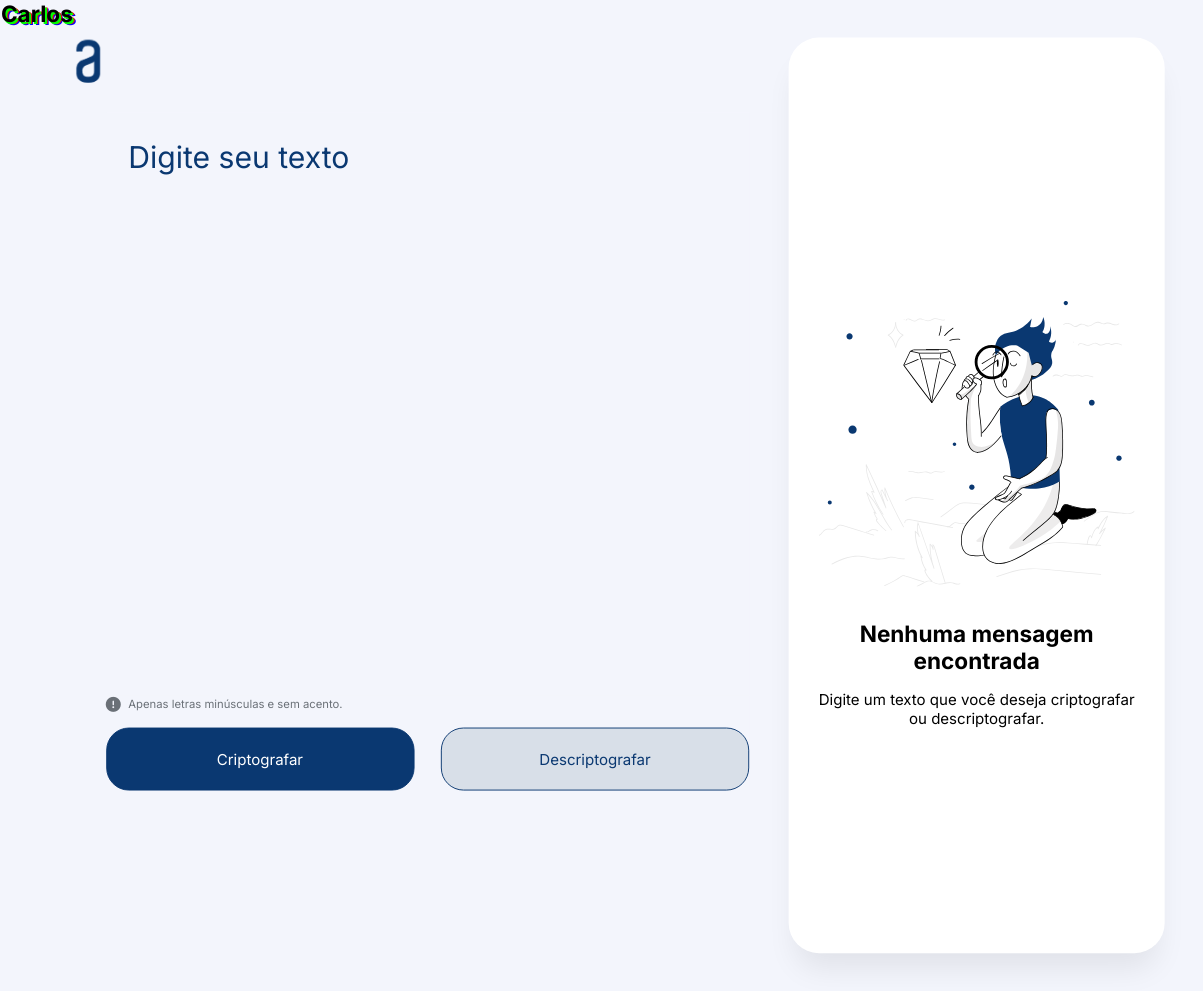
Repository: CarlosEduardoVdeOliveira/descodificador-de-texto
Page: index.html
The author's editor kept a copy of each file at every save. The page is drawn from the files as they stood at one save, then again after the next save.
The browser window is 1280 px wide. The pictures show the whole page, at 94% of full size.

Above is the page before, as saved 2023-04-14 15:03:03.

### index.html
<!DOCTYPE html>
<html lang="en">
<head>
   <meta charset="UTF-8">
   <link rel="preconnect" href="https://fonts.googleapis.com">
   <link rel="preconnect" href="https://fonts.gstatic.com" crossorigin>
   <meta http-equiv="X-UA-Compatible" content="IE=edge">
   <meta name="viewport" content="width=device-width, initial-scale=1.0">
   <link href="https://fonts.googleapis.com/css2?family=Inter:wght@400;700&display=swap" rel="stylesheet">
   <link rel="stylesheet" href="https://cdnjs.cloudflare.com/ajax/libs/font-awesome/6.4.0/css/all.min.css" integrity="sha512-iecdLmaskl7CVkqkXNQ/ZH/XLlvWZOJyj7Yy7tcenmpD1ypASozpmT/E0iPtmFIB46ZmdtAc9eNBvH0H/ZpiBw==" crossorigin="anonymous" referrerpolicy="no-referrer" />
   <link rel="stylesheet" href="/src/styles/reset.css">
   <link rel="stylesheet" href="/src/styles/index.css">
   <link rel="stylesheet" href="/src/styles/tablet.css">
   <link rel="stylesheet" href="/src/styles/mobile.css">
   <link rel="shortcut icon" href="/src/images/imageLogo2.png" type="image/x-icon">
   <title>Decodificador</title>
</head>
<body>
   <section>
      <p id="test">Carlos</p>
      <img src="/src/images/imageLogo2.png"
         alt='logo da Alura'>
      <div class="highlight">
         <textarea placeholder="Digite seu texto" autofocus></textarea>
         <div class="info">
            <span>
               <i class="fa-solid fa-circle-exclamation"></i>
               Apenas letras minúsculas e sem acento.
            </span>
            <div class="info-group-button">
               <button class="button-cryptography">Criptografar</button>
               <button class="button-decryption">Descriptografar</button>
            </div>
         </div>
      </div>
      <div class="text-cryption">
         <img src="/src/images/imageHighLight.svg" alt="">
         <div>
            <h2>Nenhuma mensagem encontrada</h2>
            <p>
               Digite um texto que você deseja criptografar ou descriptografar.
            </p>
         </div>

      </div>
   </section>
   <script src="/src/scripts/index.js"></script>
</body>
</html>

### src/styles/reset.css
:root{
   --light-gray: #D8DFE8;
   --gray-100: #CED4DA;
   --gray-200: #ADB5BD;
   --gray-300: #868E96;
   --gray-400: #495057;
   --gray-500: #343A40;
   --light-blue-100: #F3F5FC;
   --light-blue-200: #EFF1FA;
   --light-blue-300: #E9ECF8;
   --light-blue-400: #AAB2D5;
   --light-blue-500: #757FB2;
   --dark-blue-100: #609ED4;
   --dark-blue-200: #356EA9;
   --dark-blue-300: #0A3871;
   --dark-blue-400: #072B61;
   --dark-blue-500: #052051;
}
*{
   margin: 0;
   padding: 0;
   box-sizing: border-box;
}

html, input, textarea, button{
   background-color: var(--light-blue-100);
   font-family:  'Inter', sans-serif;
   font-size: 1rem;
   -webkit-font-smoothing: antialiased;
   -moz-osx-font-smoothing: grayscale;
}

### src/styles/index.css
body{
   background-color: var(--light-blue-100);
}
img{
   width: 1.943rem;
   height: 3rem;
   margin-top: 2.5rem;
}
section {
   display: flex;
   justify-content: space-around;
   align-items: self-start;
   margin: 0 auto;
}
.highlight{
   display: flex;
   flex-direction: column;
   margin-top: 7.5rem;
}
textarea{
   width: 100%;
   height: calc(100vh - 100px);
   font-size: 32px;
   line-height: 150%;
   background-color: var(--light-blue-100);
   color: var(--dark-blue-300);
   border: none;
   resize: none;
   margin: 0 auto;
   padding: 1.5rem;
}
textarea:focus{
   outline: 0;
}

textarea::placeholder{
   color: var(--dark-blue-300);
}
span{
   display: flex;
   align-items: center;
   font-size: 12px;
   color: var(--gray-400);
   line-height: 150%;
   opacity: 0.8;
   margin-bottom: 1rem;
}
i{
   color: var(--gray-400);
   margin-right: 0.5rem;
   font-size: 1rem;
}

button{
   padding: 1.5rem;
   width: 328px;
   height: 67px;
   border-radius: 1.5rem;
   cursor: pointer;
   font-size: 1rem;
   line-height: 19px;
   border: 1px solid var(--dark-blue-300);
   transition: all .2s;
}
.info{
   background-color: var(--light-blue-100);
}
.button-cryptography{
   background-color: var(--dark-blue-300);
   color: white;
   margin-right: 1.5rem;
}
.button-cryptography:hover{
   background-color: var(--dark-blue-400);
}
.button-decryption{
   background: var(--light-gray);
   color: var(--dark-blue-300);
}
.button-decryption:hover{
   background-color: var(--light-blue-200);
}
.text-cryption{
   width: 25rem;
   margin: 2.5rem;
   padding: 15rem 2rem;
   text-align: center;
   background-color: white;
   /* shadow */
   box-shadow: 0px 24px 32px -8px rgba(0, 0, 0, 0.08);
   border-radius: 32px;
}
.text-cryption img{
   width: 21rem;
   height: 19rem;
}
.text-cryption div{
   display: flex;
   flex-direction: column;

   margin-top: 2rem;
   padding: 0px;
   gap: 16px;
}

textarea.textarea-output{
   font-size: 1.5rem;
   color: var(--gray-400);
   height: calc(100vh - 100px);
   padding: 1rem;
}
.text-cryption-whit-text{
   padding: 1rem;
}

.button-copy-cryption{
   background-color: white;
}
.button-copy-cryption:hover{
   background-color: var(--light-blue-200);
}



#test{
   font-size: 24px;
   font-weight: bold;
   text-shadow: 2px 2px #00FF00, 3px 3px #FF0000, 4px 4px #0000FF;
}

### src/styles/tablet.css
@media (max-width: 768px) {
   section{
      display: block;
   }
   img{
      margin: 1rem;
   }
   .textarea-input{
      margin: 0 auto;
   }
   .info{
      display: flex;
      flex-direction: column;
      margin: 0 auto;
   }
   .text-cryption{
      width: 43rem;
      height: 8.313rem;
      padding: 0;
      margin: 1.5rem auto;
   }
   .text-cryption img{
      display: none;
   }
}

### src/styles/mobile.css
@media (max-width: 375px) {
   img{
      margin: 1rem;
   }
   .info{
      margin: 0 auto;
   }
   .info-group-button{
      display: flex;
      flex-direction: column;
   }
   .info-group-button .button-cryptography{
      margin-bottom: 1.5rem;
   }
   .text-cryption{
      width: 20.438rem;
      height: 11.625rem;
      padding: 0;
      margin: 1.5rem auto;
   }
}

### src/scripts/index.js
const elementTextarea = document.querySelector("textarea");
const areaCryption = document.querySelector(".text-cryption");
const buttonCryptography = document.querySelector(".button-cryptography");
const buttonDecryption = document.querySelector(".button-decryption");




function encryptText() {
   const textareaValue = elementTextarea.value;
   if (textareaValue.length > 0) {
      areaCryption.classList.add("text-cryption-whit-text")
      return areaCryption.innerHTML = `
         <textarea class="textarea-output">${(textareaValue)}</textarea>
         <button class="button-copy" id='copy' onclick="copyText()">Copiar</button>
      `;

   }
   return alert("Preencha o campo!")
}

function decryptText() {
   /*    const textareaValue = elementTextarea.value;
      if ( textareaValue.length > 0) {
         areaCryption.classList.add("text-cryption-whit-text");
         areaCryption.innerHTML = `
            <textarea class="textarea-output">${textareaValue}</textarea>
            <button class="button-copy" id="copy">Copiar</button>
         `;

      }
      return alert("Preencha o campo!") */
}
/* const buttonCopy = document.querySelector("#copy"); */

async function copyText() {
   const textareaOutput = document.querySelector('.textarea-output');
   await textareaOutput.select();
   document.execCommand('copy');
   alert("Texto copiado para área de trasferência!");
}

buttonCryptography.addEventListener('click', encryptText);
buttonDecryption.addEventListener('click', decryptText);

/**
 * a b c d e f g h i j k l m n o p q r s t u v w x y z
 * r s t u v w x y z a b c d e f g h i j k l m n o p q
 * jhysvz
 * carlos
 * 97 até 122
 * a  ==  j
 * 97 == 106
 * se o codigo for igual a 97 ele recebe j
 * se ele for igual a 122 ele recebe 113
 */



function cifraCesar(value){
   let cryptograph = ''
   let newValue = ''
   for (let i = 0; i < value.length; i++) {
      if(value.charCodeAt(i) >= 97 &&
         value.charCodeAt(i) <= 122 ||
         value.charCodeAt(i) === 32){

         cryptograph += value.charCodeAt(i);
         newValue += value.charAt(i).toLowerCase()

      }
   }
   return {cryptograph, newValue, value}
}
console.log(cifraCesar('avalue jvalue'))

After the next save:
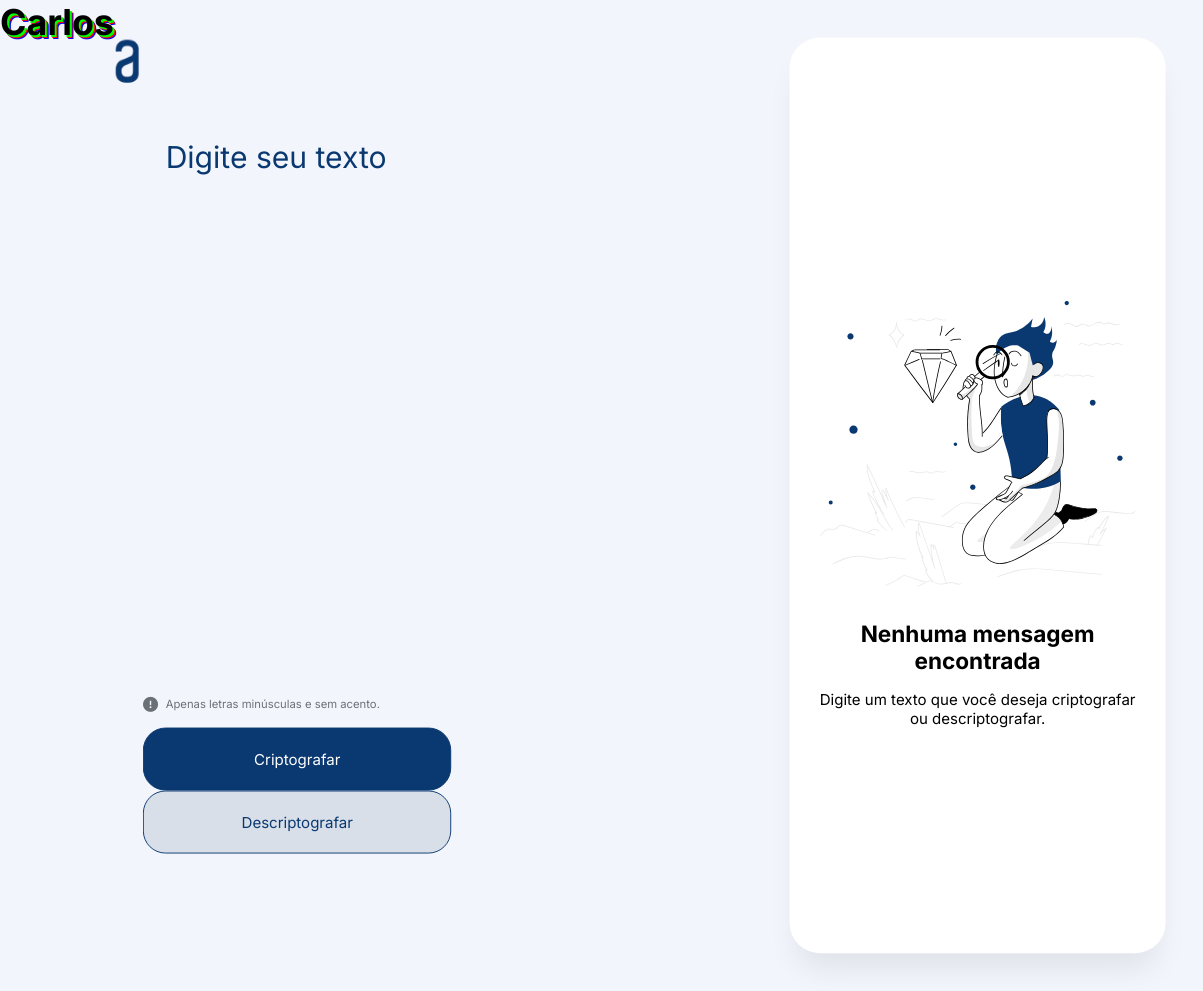
Saved 15 s later.
--- a/src/styles/index.css
+++ b/src/styles/index.css
@@ -123,7 +123,7 @@ textarea.textarea-output{
 
 
 #test{
-   font-size: 24px;
+   font-size: 38px;
    font-weight: bold;
    text-shadow: 2px 2px #00FF00, 3px 3px #FF0000, 4px 4px #0000FF;
 }
